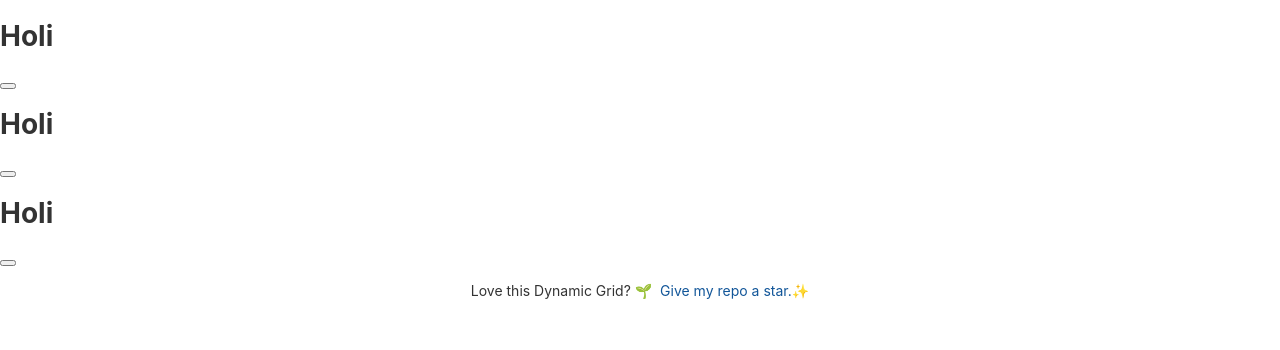
Repository: atzin-escandia/dynamic-angular-grid-factory
Page: /
The author's editor kept a copy of each file at every save. The page is drawn from the files as they stood at one save, then again after the next save.
The browser window is 1280 px wide. The pictures show the whole page.
The project was rebuilt for these pictures with package versions that can differ from the ones it lists, and the page was loaded fresh each time. Also part of the build but not shown: angular.json.

Above is the page before, as saved 2023-08-16 14:40:18.

### src/index.html
<!DOCTYPE html>
<html lang="en">
  <head>
    <meta charset="utf-8" />
    <title>Dynamic Angular Grid</title>
    <base href="/" />
    <meta name="viewport" content="width=device-width, initial-scale=1" />
    <link rel="icon" type="image/x-icon" href="favicon.ico" />
  </head>
  <body>
    <app-root></app-root>
  </body>
</html>

### src/app/app.module.ts
import { NgModule } from '@angular/core';
import { BrowserModule } from '@angular/platform-browser';
import { AppComponent } from './app.component';
import { DynamicAngularGridFactory } from './dynamic-angular-grid/dynamic-angular-grid.component';

@NgModule({
  declarations: [
    AppComponent,
    DynamicAngularGridFactory
  ],
  imports: [
    BrowserModule
  ],
  providers: [],
  bootstrap: [AppComponent]
})
export class AppModule { }

### src/app/app.component.ts
import { Component } from '@angular/core';
import { ComponentExample } from './component-example/component-example.component';

@Component({
  selector: 'app-root',
  templateUrl: './app.component.html',
  styleUrls: ['./app.component.css']
})

export class AppComponent {
  styles = ['styling'];
  component = ComponentExample;
  title = 'dynamic-grid-angular';
  data = [
    {
      title: 'Discover our skin care product line',
      buttonName: 'View products',
      image: 'https://images.unsplash.com/photo-1555820585-c5ae44394b79?ixlib=rb-4.0.3&ixid=M3wxMjA3fDB8MHxwaG90by1wYWdlfHx8fGVufDB8fHx8fA%3D%3D&auto=format&fit=crop&w=725&q=80',
      position: 1,
    },
    {
      title: 'Tips for natural, glowing makeup',
      buttonName: 'See tips',
      image: 'https://images.unsplash.com/photo-1508759073847-9ca702cec7d2?ixlib=rb-4.0.3&ixid=M3wxMjA3fDB8MHxwaG90by1wYWdlfHx8fGVufDB8fHx8fA%3D%3D&auto=format&fit=crop&w=1470&q=80',
      position: 2,
    },
    {
      title: 'The secrets to healthy, shiny hair',
      buttonName: 'See secrets',
      image: 'https://images.unsplash.com/photo-1586220742613-b731f66f7743?ixlib=rb-4.0.3&ixid=M3wxMjA3fDB8MHxwaG90by1wYWdlfHx8fGVufDB8fHx8fA%3D%3D&auto=format&fit=crop&w=1470&q=80',
      position: 3,
    }
  ];

  handleEventData(data: any): void {
    // Set here all functions to handle from dynamic component grid
    const { eventData, key, index } = data;
    const dynamicFunctions: any = {
      toggleChange: () => {
      },
      emitButtonClick: () => {
        eventData.preventDefault();
      },
      click: () => {
        console.log('holi');

      },
    };

    dynamicFunctions[key]();
  }

}

### src/app/dynamic-angular-grid/dynamic-angular-grid.component.ts
import {
  AfterViewInit,
  Component,
  EventEmitter,
  Input,
  OnChanges,
  Output,
  SimpleChanges,
  ViewChild,
  ViewContainerRef,
} from '@angular/core';

@Component({
  selector: 'app-dynamic-angular-grid-factory',
  template: `
    <ng-container #ContainerFactory></ng-container>
  `,
})
export class DynamicAngularGridFactory implements AfterViewInit, OnChanges {
  @ViewChild('ContainerFactory', { read: ViewContainerRef }) containerRef: any;
  @Input() component: any;
  @Input() data: any[] = [];
  @Input() modifyItem: any;
  @Input() events: any[] = [];
  @Input() styles: string[] = [];
  @Output() eventDataEmitter: EventEmitter<any> = new EventEmitter<any>();

  componentRef: any;
  componentRefs: any[] = [];

  ngAfterViewInit(): void {
    if (this.containerRef) {
      this.data.forEach((item, i) => this.createComponent(item, i));
    }
  }

  ngOnChanges(changes: SimpleChanges): void {
    if (changes) {
      this.componentRefs.forEach((compRef, i) => this.reassignModifiedData(compRef, i));
    }
  }

  // This object reassign is for Angular @inputs to detect that the object has changed
  reassignModifiedData(componentRef: any, index: number): void {
    Object.assign(componentRef.instance, this.data[index]);
  }

  createComponent(data: any, index: number): void {
    const componentRef = this.containerRef.createComponent(this.component);

    this.componentRefs.push(componentRef);
    this.styles.forEach((style) => componentRef.location.nativeElement.classList.add(style));
    Object.assign(componentRef.instance, data);

    Object.keys(componentRef.instance).forEach((key: any) => {
      if (componentRef.instance[key] instanceof EventEmitter) {
        componentRef.instance[key].subscribe((eventData: any) => {
          this.eventDataEmitter.emit({ eventData, key, index });
          this.reassignModifiedData(componentRef, index);
        });
      }
    });
  }
}

### src/app/app.component.html
<!-- <ng-container *ngFor="let item of data"> -->
<app-dynamic-angular-grid-factory
  class="row"
  [data]="data"
  (eventDataEmitter)="handleEventData($event)"
  [styles]="styles"
  [component]="component"
>
</app-dynamic-angular-grid-factory>
<!-- </ng-container> -->

<footer>
  Love this Dynamic Grid? 🌱 &nbsp;
  <a href="https://github.com/atzin-escandia" target="_blank" rel="noopener">
    Give my repo a star.✨
  </a>
  <br />
</footer>

### src/app/app.component.css
:host {
  font-family: -apple-system, BlinkMacSystemFont, "Segoe UI", Roboto, Helvetica,
    Arial, sans-serif, "Apple Color Emoji", "Segoe UI Emoji", "Segoe UI Symbol";
  font-size: 14px;
  color: #333;
  box-sizing: border-box;
  -webkit-font-smoothing: antialiased;
  -moz-osx-font-smoothing: grayscale;
}

.styling {
  background: pink;
}

footer {
  display: flex;
  height: 50px;
  justify-content: center;
  align-items: center;
}

a,
a:visited,
a:hover {
  color: #125699;
  text-decoration: none;
}

### src/app/component-example/component-example.component.ts
import { Component, Input } from '@angular/core';

@Component({
  selector: 'app-component-example',
  templateUrl: './component-example.component.html',
})
export class ComponentExample {
  handleClick() {
    throw new Error('Method not implemented.');
  }
  @Input() data: any;

  constructor() {
    console.log(this.data);
  }

}

### src/app/component-example/component-example.component.html
<div>
  <h1>Holi</h1>
  <button (onClick)="handleClick()"></button>
</div>

Loaded but not shown: src/styles.css (common file); src/main.ts (common file)

After the next save:
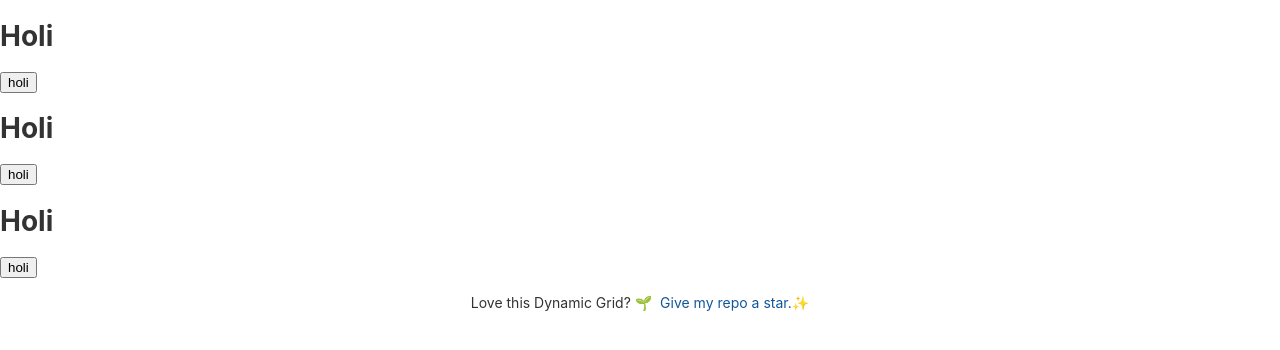
Saved 32 s later.
--- a/src/app/component-example/component-example.component.html
+++ b/src/app/component-example/component-example.component.html
@@ -1,4 +1,4 @@
 <div>
   <h1>Holi</h1>
-  <button (onClick)="handleClick()"></button>
+  <button (onClick)="handleClick()">holi</button>
 </div>
